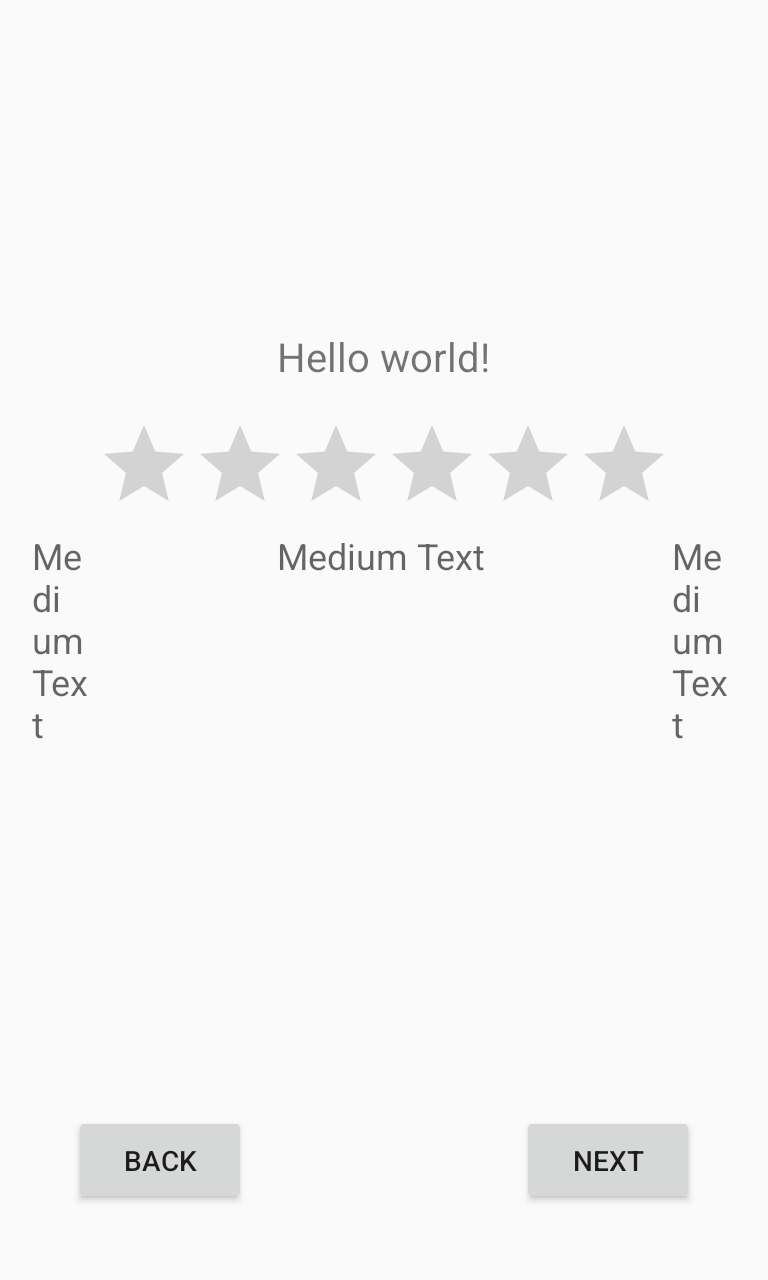
Repository: stevelyall/ERapp
Layout: ERsurvey/res/layout/activity_survey.xml
These files come from the project's save history. The layout is drawn as it stood at one moment and after the next save; the edit follows.
It is drawn on a 768 x 1280 px phone screen (xhdpi) without system bars, with theme AppTheme; the app's code is not run.

Above is the layout before, as saved 2014-10-25 06:40:45.

After the next save:
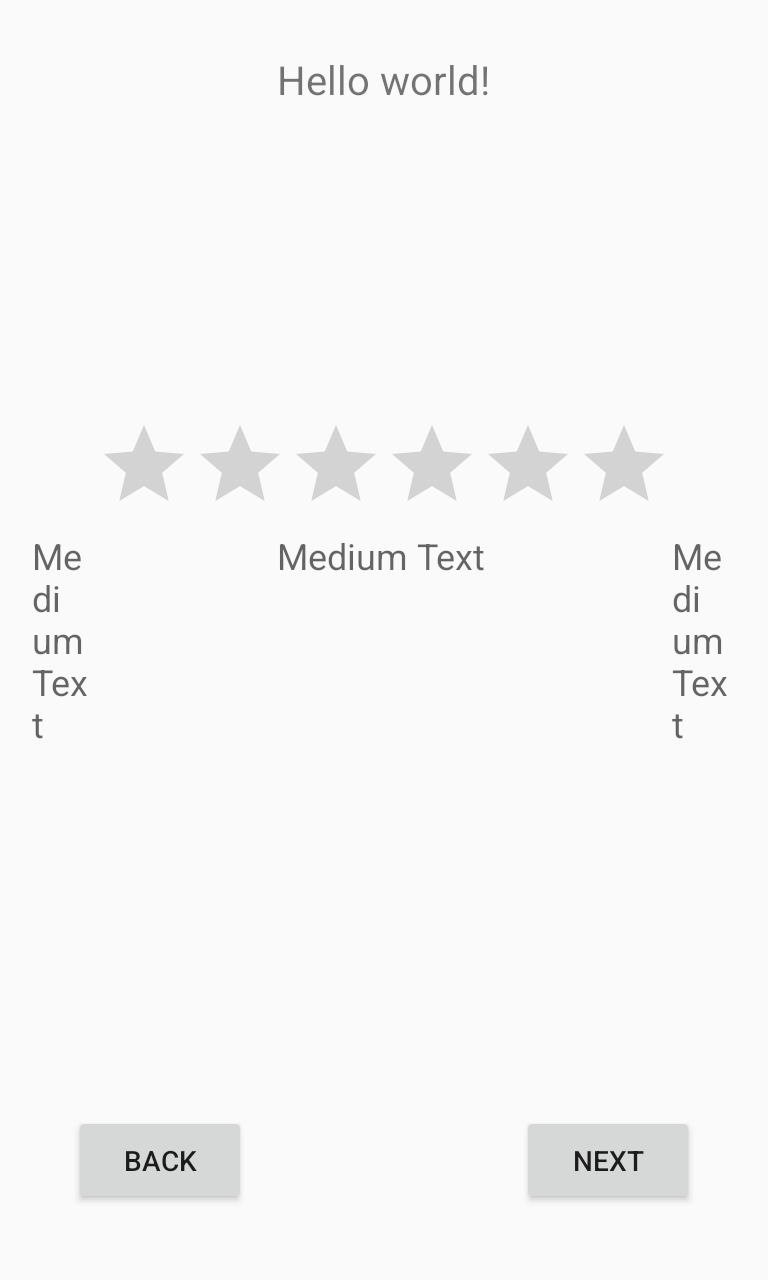
Saved 76 s later.
--- a/ERsurvey/res/layout/activity_survey.xml
+++ b/ERsurvey/res/layout/activity_survey.xml
@@ -69,9 +69,9 @@
         android:id="@+id/questionTextView"
         android:layout_width="wrap_content"
         android:layout_height="wrap_content"
-        android:layout_above="@+id/rating"
+        android:layout_alignParentTop="true"
         android:layout_centerHorizontal="true"
-        android:layout_marginBottom="17dp"
+        android:layout_marginTop="10dp"
         android:gravity="center_horizontal"
         android:text="@string/hello_world"
         android:textSize="20sp" />
